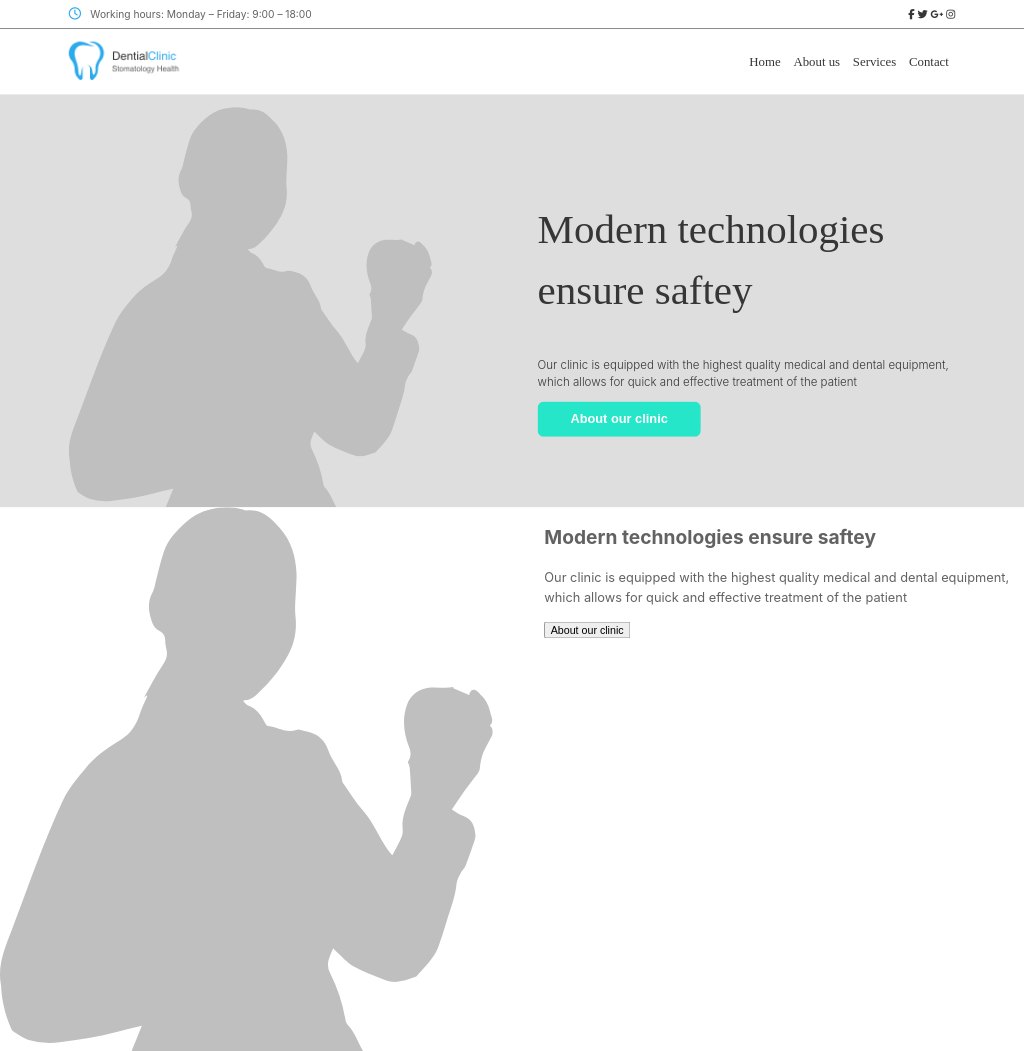
Repository: skepp4rn/uppgift1
Page: index.html
An editor plug-in stored every save of this project. The page is shown before and after the next save, followed by the edit.
The browser window is 1280 px wide. The pictures show the whole page, at 80% of full size.
Some web libraries are served in a nearby version.

Above is the page before, as saved 2020-11-20 16:58:21.

After the next save:
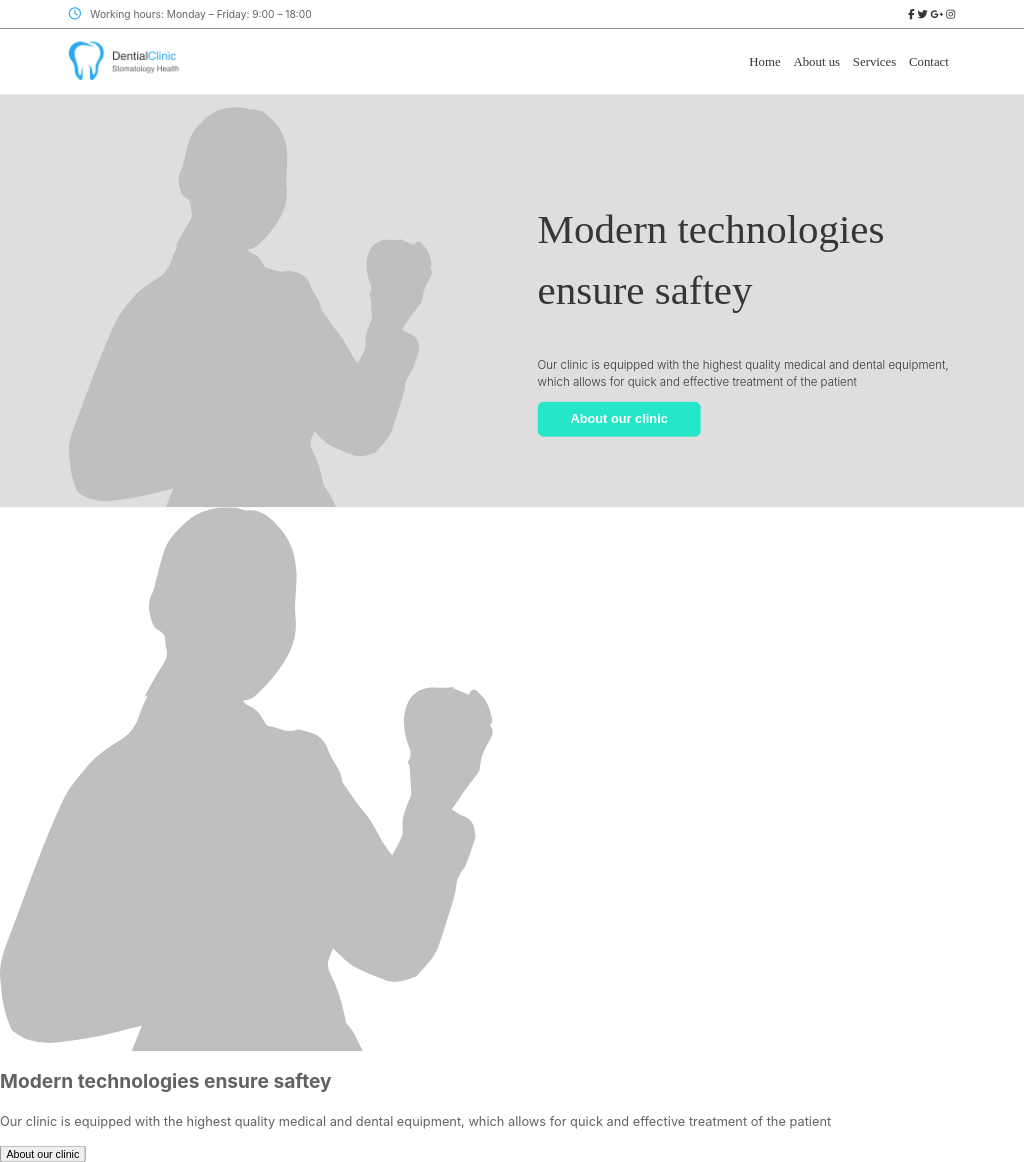
Saved 30 s later.
--- a/style.css
+++ b/style.css
@@ -185,11 +185,11 @@ a:hover {
 
 
 #showcasedown .containerdown {
-    display: flex;
-    grid-template-columns: 1fr 1fr;
+    display: grid;
+
     column-gap: 4rem;
 
-    flex: 100rem;
+
 }
 
 
